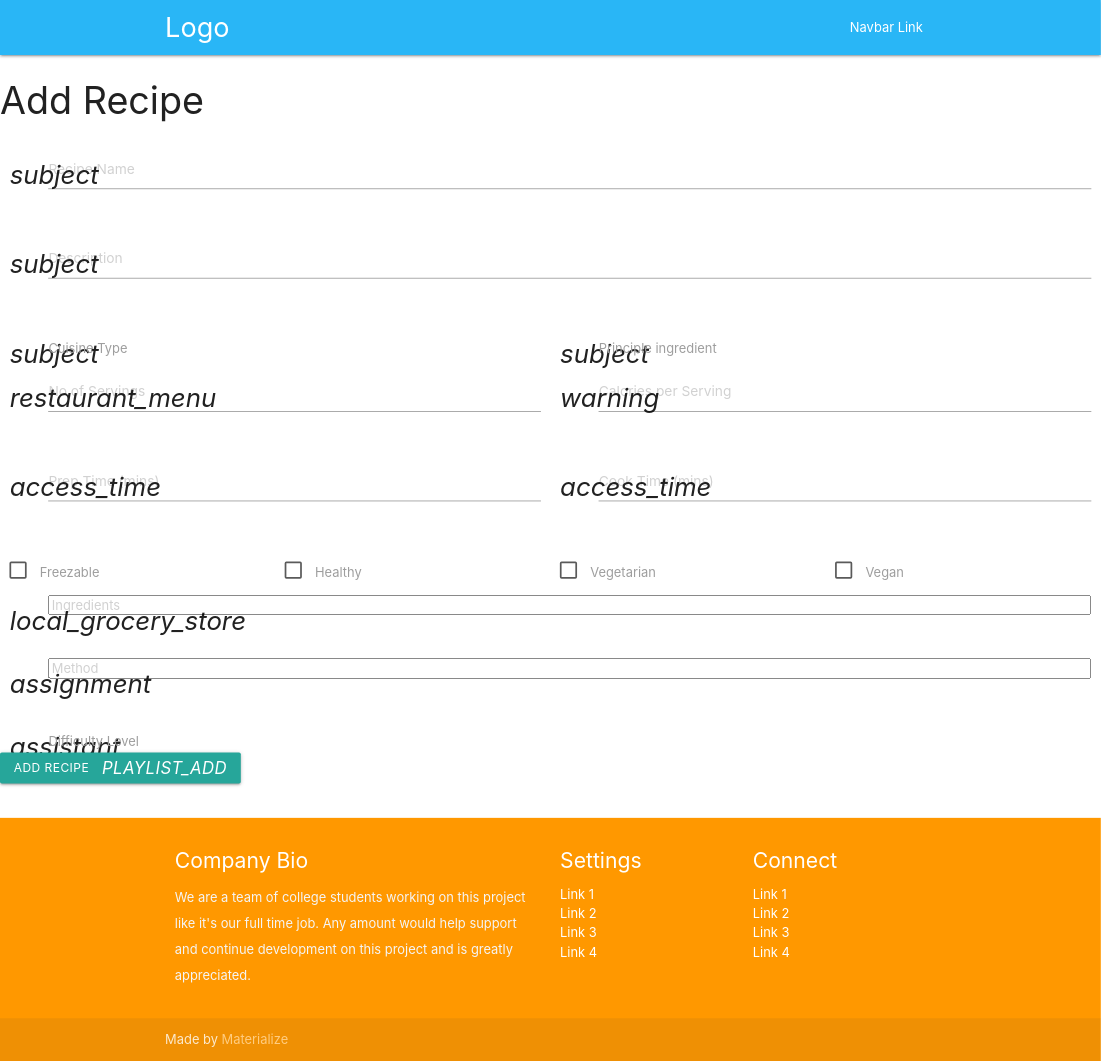
Repository: keefm6776/cookery-website
Page: templates/add_recipe.html
The author's editor kept a record of every edit. The page is drawn from the files as they stood at one moment, then again after the next edit.
The browser window is 1280 px wide. The pictures show the whole page, at 86% of full size.
The page is served by the project's application, run on Flask 3 (app.py). The template is opened directly, without the code that normally fills it, so the values that code supplies are empty.

Above is the page before.
Console error: ReferenceError: $ is not defined

### templates/add_recipe.html
{% extends 'base.html' %} {% block content %}

<h3>Add Recipe</h3>

<div class="row">
    <form action="{{url_for('insert_recipe')}}" method="POST" class="col s12">
        <div class="row">
            <div class="input-field col s12">
                <i class="material-icons prefix">subject</i>
                <input placeholder="Recipe Name" id="recipe_name" name="recipe_name" type="text" class="validate">
            </div>
            <!-- input-field -->
        </div>
        <!-- Row -->
        <div class="row">
            <div class="input-field col s12">
                <i class="material-icons prefix">subject</i>
                <input placeholder="Description" id="blurb" name="blurb" type="text" class="validate">
            </div>
            <!-- input-field -->
        </div>
        <!-- Row -->

        <div class="row">
            <div class="input-field col s12 l6">
                <i class="material-icons prefix">subject</i>
                <select id="cuisine" name="cuisine" type="text">
            <option value="" disabled selected>Choose Cuisine</option>
            {% for cuisine in cuisines%}
                       <option value="{{cuisine.name}}">{{cuisine.name}}</option>
            {% endfor %}
        </select>
                <label>Cuisine Type</label>
            </div>
            <!-- input-field -->

            <div class="input-field col s12 l6">
                <i class="material-icons prefix">subject</i>
                <select id="principle" name="principle_ingredient" type="text`">
            <option value="" disabled selected>Choose Principle Ingredient</option>

            {% for principle in principle_ingredients%}
              <option value="{{ principle.name }}">{{ principle.name }}</option>
            {% endfor %}
        </select>
                <label>Principle ingredient</label>
            </div>
            <!-- input-field -->
        </div>
        <!-- Row -->

        <div class="row">
            <div class="input-field col l6 s12">
                <i class="material-icons prefix">restaurant_menu</i>
                <input placeholder="No of Servings" id="servings" name="servings" type="number" class="validate">
            </div>
            <!-- input-field -->
            <div class="input-field col l6 s12">
                <i class="material-icons prefix">warning</i>
                <input placeholder="Calories per Serving" id="calories_per_serve" name="calories_per_serve" type="number" class="validate">
            </div>
            <!-- inpuit-field -->
        </div>
        <!-- Row -->

        <div class="row">
            <div class="input-field col l6 s12">
                <i class="material-icons prefix">access_time</i>
                <input placeholder="Prep Time (mins)" id="prep_time" name="prep_time" type="number" class="validate">
            </div>
            <!-- input-field -->
            <div class="input-field col l6 s12">
                <i class="material-icons prefix">access_time</i>
                <input placeholder="Cook Time (mins)" id="cook_time" name="cook_time" type="number" class="validate">
            </div>
            <!-- input-field -->
        </div>
        <!-- Row -->

        <div class="row">
            <div class="input-field col s6 l3">
                <label>
          <input type="checkbox" id="isfreezable" name="isfreezable" class="filled-in"/>
          <span>Freezable</span>
        </label>
            </div>
            <!-- input-field -->

            <div class="input-field col s6 l3">
                <label>
          <input type="checkbox" id="ishealthy" name="ishealthy" class="filled-in"/>
          <span>Healthy</span>
        </label>
            </div>
            <!-- input-field -->

            <div class="input-field col s6 l3">
                <label>
          <input type="checkbox" id="isvegetarian" name="isvegetarian" class="filled-in"/>
          <span>Vegetarian</span>
        </label>
            </div>
            <!-- input-field -->

            <div class="input-field col s6 l3">
                <label>
          <input type="checkbox" id="isvegan" name="isvegan" class="filled-in"/>
          <span>Vegan</span>
        </label>
            </div>
            <!-- input-field -->
        </div>
        <!-- Row -->

        <div class="row">
            <div class="input-field col s12">
                <i class="material-icons prefix">local_grocery_store</i>
                <input placeholder="Ingredients" id="ingredients" name="ingredients" type="textarea">
            </div>
            <!-- input-field -->
        </div>
        <!-- Row -->

        <div class="row">
            <div class="input-field col s12">
                <i class="material-icons prefix">assignment</i>
                <input placeholder="Method" id="method" name="method" type="textarea" class="materialize-textarea"/>
            </div>
            <!-- input-field -->
        </div>
        <!-- Row -->

        <div class="row">
            <div class="input-field col s12">
                <i class="material-icons prefix">assistant</i>
                <select id="difficulty" name="difficulty" type="text">
            <option value="" disabled selected>Choose Difficulty</option>
            {% for level in difficulty%}
              <option value="{{ level.level }}">{{ level.level }}</option>
            {% endfor %}
        </select>
                <label>Difficulty Level</label>
            </div>
            <!-- input-field -->
        </div>
        <!-- Row -->
        <div class="row">
            <button class="btn waves-effect waves-light" type="submit" name="action">Add Recipe
        <i class="material-icons right">playlist_add</i>
      </button>
        </div>
        <!--Row-->
    </form>
</div>
<!-- Row -->

{% endblock %}

### templates/base.html
<!DOCTYPE html>
<html lang="en">

<head>
  <meta http-equiv="Content-Type" content="text/html; charset=UTF-8" />
  <meta name="viewport" content="width=device-width, initial-scale=1" />
  <title>Cookbook Website</title>

  <!--Load links to CSS files for materialize and my own-->
  <link rel="stylesheet" href="{{url_for('static', filename='css/style.css')}}" type="text/css">
  <link rel="stylesheet" href="{{url_for('static', filename='css/materialize.min.css')}}" type="text/css">
</head>

<body>

<nav class="light-blue lighten-1" role="navigation">
    <div class="nav-wrapper container"><a id="logo-container" href="#" class="brand-logo">Logo</a>
      <ul class="right hide-on-med-and-down">
        <li><a href="#">Navbar Link</a></li>
      </ul>

      <ul id="nav-mobile" class="sidenav">
        <li><a href="#">Navbar Link</a></li>
      </ul>
      <a href="#" data-target="nav-mobile" class="sidenav-trigger"><i class="material-icons">menu</i></a>
    </div>
  </nav>

  {% block content %}

  {% endblock %}

  <footer class="page-footer orange">
    <div class="container">
      <div class="row">
        <div class="col l6 s12">
          <h5 class="white-text">Company Bio</h5>
          <p class="grey-text text-lighten-4">We are a team of college students working on this project like it's our full time job. Any amount would help support and continue development on this project and is greatly appreciated.</p>


        </div>
        <div class="col l3 s12">
          <h5 class="white-text">Settings</h5>
          <ul>
            <li><a class="white-text" href="#!">Link 1</a></li>
            <li><a class="white-text" href="#!">Link 2</a></li>
            <li><a class="white-text" href="#!">Link 3</a></li>
            <li><a class="white-text" href="#!">Link 4</a></li>
          </ul>
        </div>
        <div class="col l3 s12">
          <h5 class="white-text">Connect</h5>
          <ul>
            <li><a class="white-text" href="#!">Link 1</a></li>
            <li><a class="white-text" href="#!">Link 2</a></li>
            <li><a class="white-text" href="#!">Link 3</a></li>
            <li><a class="white-text" href="#!">Link 4</a></li>
          </ul>
        </div>
      </div>
    </div>
    <div class="footer-copyright">
      <div class="container">
      Made by <a class="orange-text text-lighten-3" href="http://materializecss.com">Materialize</a>
      </div>
    </div>
  </footer>



  <!--JavaScript at end of body for optimized loading-->
  <script type="text/javascript" src="{{url_for('static', filename='js/init.js')}}"></script>
  <script type="text/javascript" src="{{url_for('static', filename='js/materialize.min.js')}}"></script>
  <script type="text/javascript" src="{{url_for('static', filename='js/jquery.js')}}"></script>
</body>



<footer>

</footer>

</html>

### app.py
import os
from flask import Flask, render_template, redirect, request, url_for
from flask_pymongo import PyMongo
from bson.objectid import ObjectId

app = Flask(__name__)
app.config["MONGO_DBNAME"] = 'cookbook'
app.config["MONGO_URI"] = 'mongodb+srv://root:31Wirpbj6677@cookery-website-xysxa.mongodb.net/cookbook?retryWrites=true&w=majority'

mongo = PyMongo(app)

@app.route('/')
@app.route('/get_recipes')
def get_recipes():
    return render_template("list_recipes.html", recipes=mongo.db.recipes.find())

@app.route('/add_recipe')
def add_recipe():
    return render_template("add_recipe.html", difficulty=mongo.db.difficulty.find(), cuisines=mongo.db.cuisine_type.find(), principle_ingredients=mongo.db.principle_ingredient.find())

@app.route('/insert_recipe', methods=['POST'])
def insert_recipe():
    recipes = mongo.db.recipes
    recipes.insert_one(request.form.to_dict())
    return redirect(url_for('get_recipes'))

@app.route('/view_recipe/<recipe_id>')
def view_recipe(recipe_id):
    the_recipe =  mongo.db.recipes.find_one({"_id": ObjectId(recipe_id)})
    all_cuisines =  mongo.db.cuisine_type.find()
    return render_template('view_recipe.html', recipe=the_recipe, cuisines=all_cuisines)

@app.route('/edit_recipe/<recipe_id>')
def edit_recipe(recipe_id):
    the_recipe =  mongo.db.recipes.find_one({"_id": ObjectId(recipe_id)})
    all_cuisines =  mongo.db.cuisine_type.find()
    all_principles =  mongo.db.principle_ingredients.find()
    all_difficulties = mongo.db.difficulty_levels.find()
    return render_template('edit_recipe.html', recipe=the_recipe, cuisines=all_cuisines, principles=all_principles, difficulties=all_difficulties)

@app.route('/update_recipe/<recipe_id>', methods=['POST'])
def update_recipe(recipe_id):
    recipes =  mongo.db.recipes
    recipes.update( {'_id': ObjectId(recipe_id)},
    {'recipe_name': request.form.get('recipe_name')},
    {'cuisine_type': request.form.get('cuisine_type')},
    {'servings': request.form.get('servings')},
    {'prep_time': request.form.get('prep_time')},
    {'cook_time': request.form.get('cook_time')},
    {'calories_per_serve': request.form.get('calories_per_serve')},
    {'difficulty': request.form.get('difficulty')},
    {'blurb': request.form.get('blurb')},
    {'isfreezable': request.form.get('isfreezable')},
    {'ishealthy': request.form.get('ishealthy')},
    {'isvegan': request.form.get('isvegan')},
    {'isvegetarian': request.form.get('isvegetarian')},
    {'ingredients': request.form.get('ingredients')},
    {'method': request.form.get('method')},
    {'principle_ingredient': request.form.get('principle_ingredient')})
    return redirect(url_for('get_recipes'))

if __name__ == '__main__':
    app.run(host=os.environ.get('IP'),
            port=int(os.environ.get('PORT')),
            debug=True)

### static/css/style.css
/* Custom Stylesheet */
/**
 * Use this file to override Materialize files so you can update
 * the core Materialize files in the future
 *
 * Made By MaterializeCSS.com
 */

nav ul a,
nav .brand-logo {
  color: #444;
}

p {
  line-height: 2rem;
}

.sidenav-trigger {
  color: #26a69a;
}

.parallax-container {
  min-height: 380px;
  line-height: 0;
  height: auto;
  color: rgba(255,255,255,.9);
}
  .parallax-container .section {
    width: 100%;
  }

@media only screen and (max-width : 992px) {
  .parallax-container .section {
    position: absolute;
    top: 40%;
  }
  #index-banner .section {
    top: 10%;
  }
}

@media only screen and (max-width : 600px) {
  #index-banner .section {
    top: 0;
  }
}

.icon-block {
  padding: 0 15px;
}
.icon-block .material-icons {
  font-size: inherit;
}

footer.page-footer {
  margin: 0;
}

### static/js/init.js
(function($){
  $(function(){

    $('.sidenav').sidenav();
    $('.parallax').parallax();


  });
  });


   $(document).ready(function(){
    $('.carousel').carousel();
  });

Loaded but not shown: static/css/materialize.min.css (library); static/js/materialize.min.js (library); static/js/jquery.js (library)

After the next edit:
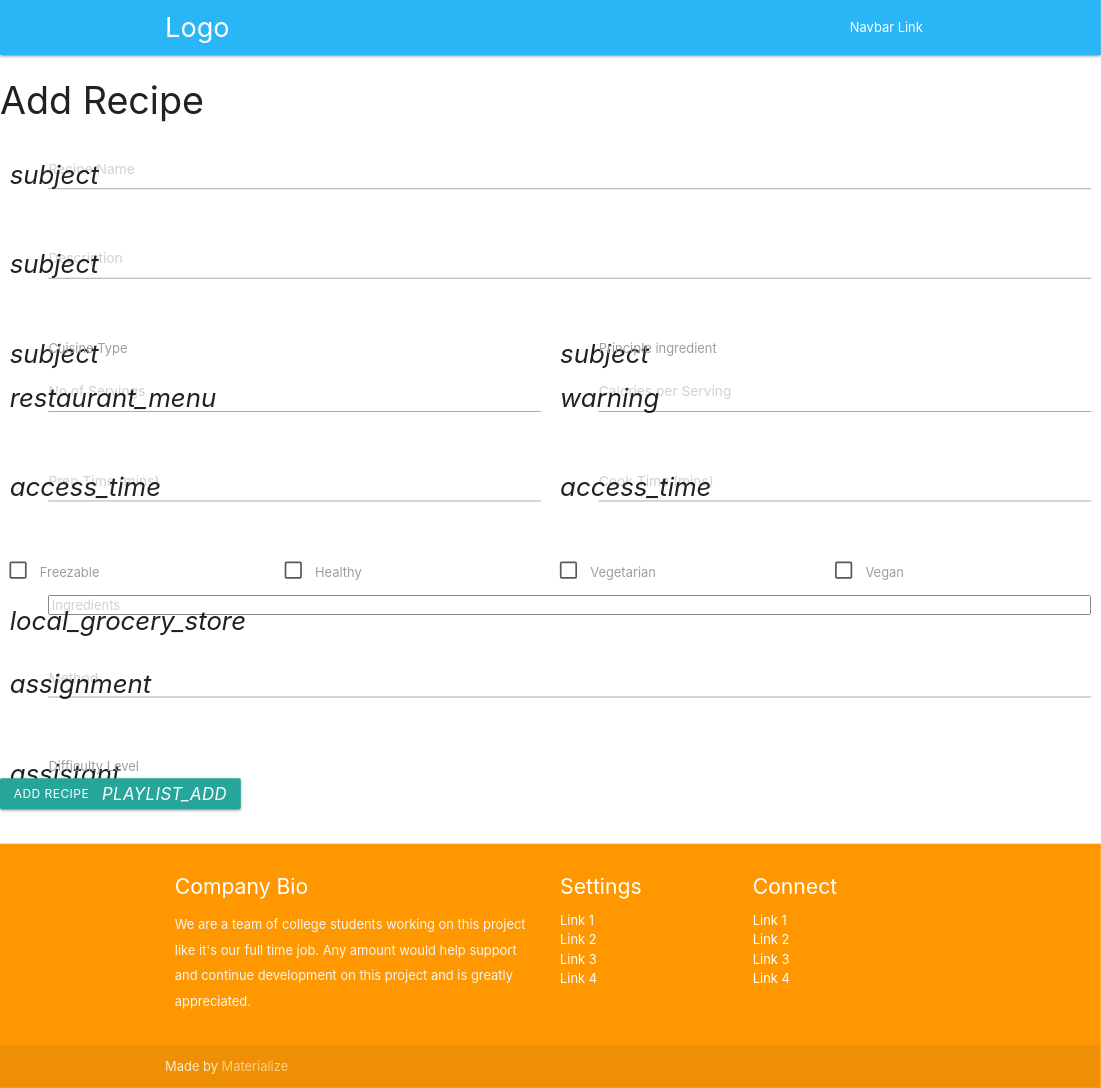
The edit:
--- a/templates/add_recipe.html
+++ b/templates/add_recipe.html
@@ -124,7 +124,7 @@
         <div class="row">
             <div class="input-field col s12">
                 <i class="material-icons prefix">assignment</i>
-                <input placeholder="Method" id="method" name="method" type="textarea" class="materialize-textarea"/>
+                <input placeholder="Method" id="method" name="method" type="text" />
             </div>
             <!-- input-field -->
         </div>
